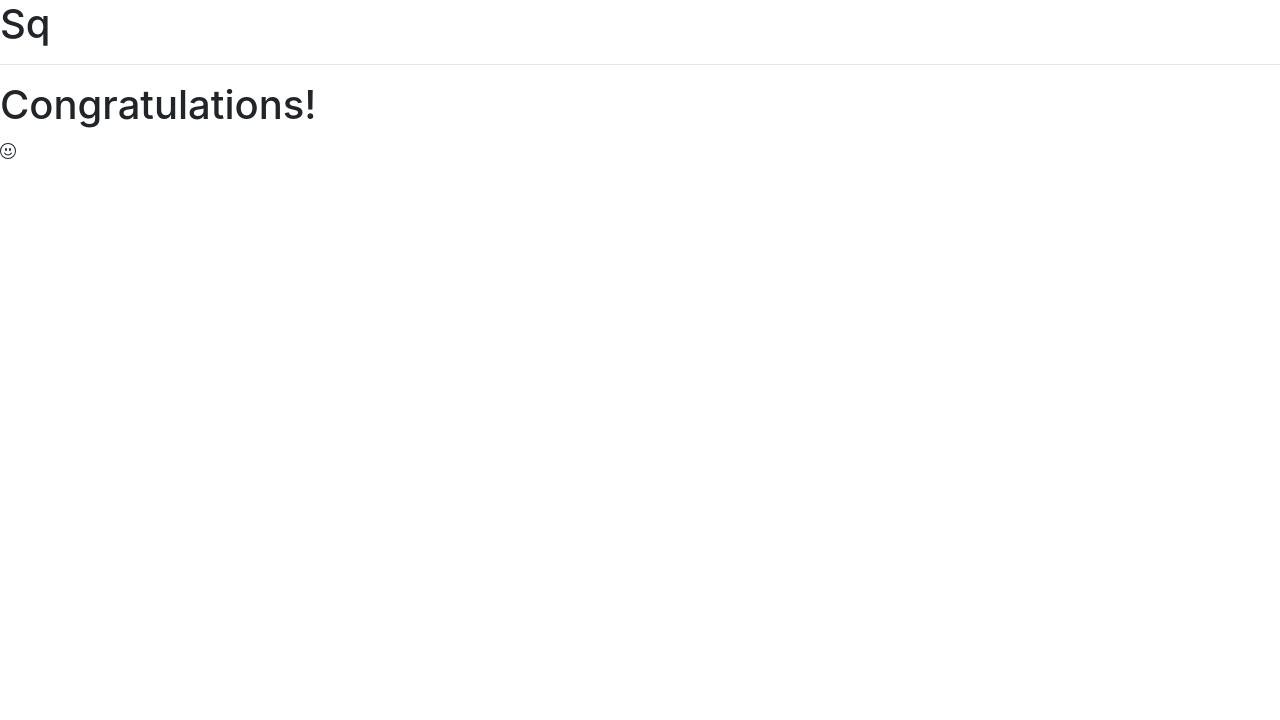
Repository: sqsssq/JavaWeb
Page: class1/IDEA/web/successful.html
An editor plug-in stored every save of this project. The page is shown before and after the next save, followed by the edit.
The browser window is 1280 px wide. The pictures show the whole page.

Above is the page before, as saved 2020-09-25 00:33:28.

After the next save:
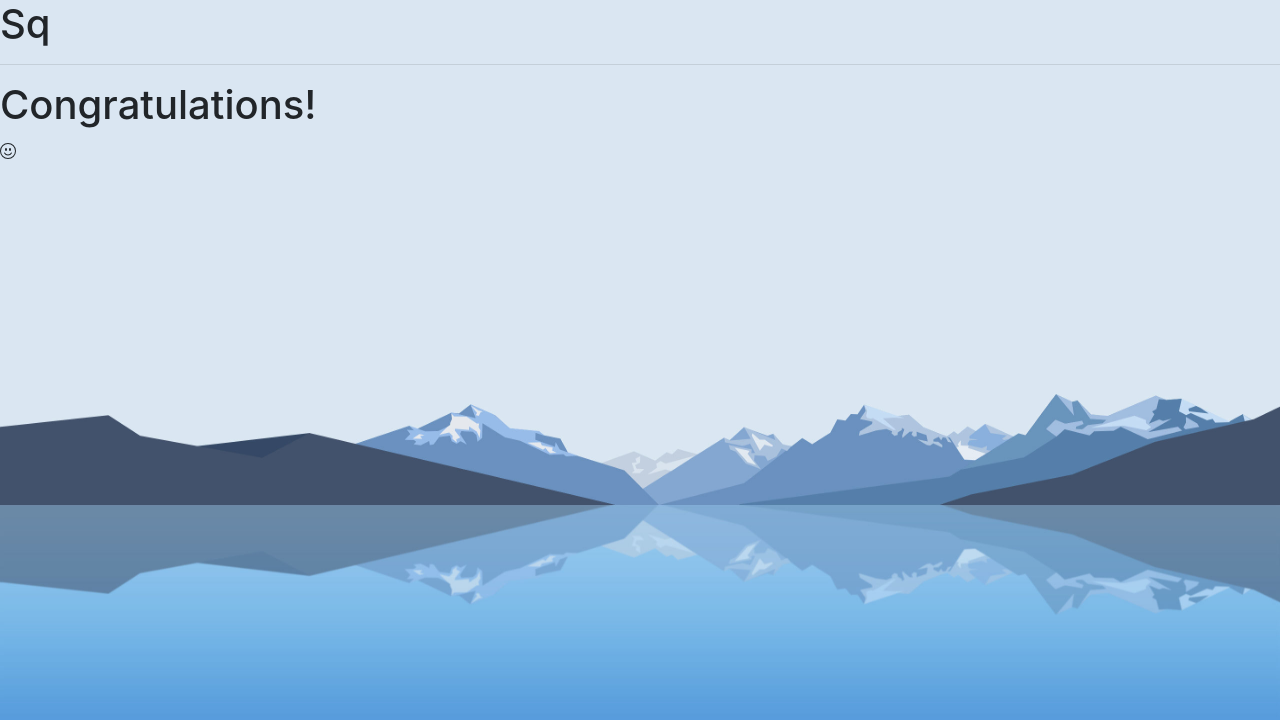
Saved 110 s later.
--- a/class1/IDEA/web/successful.html
+++ b/class1/IDEA/web/successful.html
@@ -1,7 +1,7 @@
 <!--
  * @Author: your name
  * @Date: 2020-09-23 10:46:47
- * @LastEditTime: 2020-09-25 00:33:28
+ * @LastEditTime: 2020-09-25 00:35:18
  * @LastEditors: Please set LastEditors
  * @Description: In User Settings Edit
  * @FilePath: \IDEA\web\successful.html
@@ -17,6 +17,18 @@
     <script src="https://cdn.jsdelivr.net/npm/bootstrap@4.5.0/dist/js/bootstrap.min.js" integrity="sha384-OgVRvuATP1z7JjHLkuOU7Xw704+h835Lr+6QL9UvYjZE3Ipu6Tp75j7Bh/kR0JKI" crossorigin="anonymous"></script>
 
     <title>Title</title>
+    <style>
+        html {
+            height: 100%;
+        }
+        body {
+            height: 100%;
+            background-image: url("./img/bcg2.jpg");
+            background-repeat: no-repeat;
+            background-size: 100% 100%;
+            background-position: center center;
+        }
+    </style>
 </head>
 <body>
 
